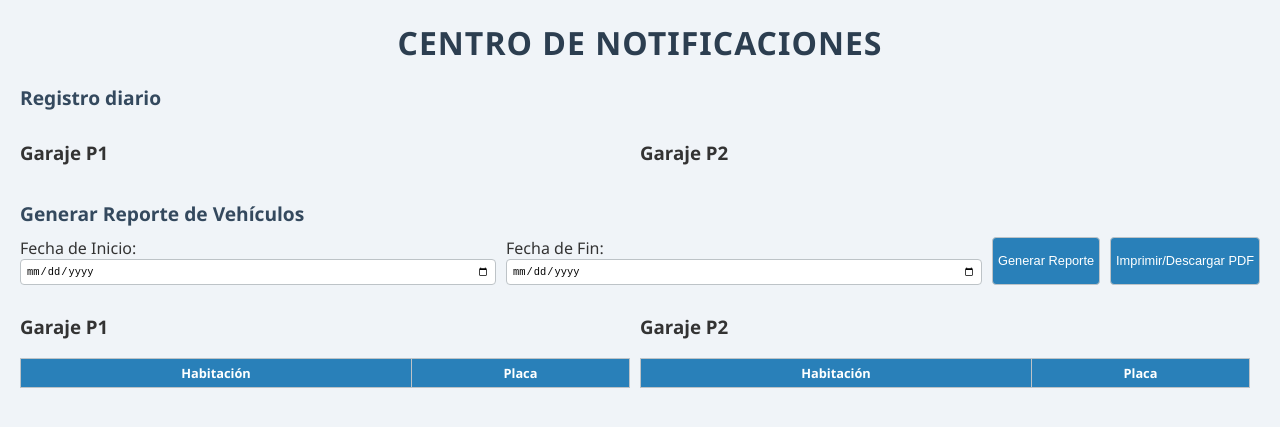
Repository: EddyWebz/REPOSITORIO-BASE-DATOS
Page: privado/report.html
An editor plug-in stored every save of this project. The page is shown before and after the next save, followed by the edit.
The browser window is 1280 px wide. The pictures show the whole page.
The page's requests for data from a server got no answer.

Above is the page before, as saved 2024-08-15 14:49:51.

### privado/report.html
<!DOCTYPE html>
<html lang="es">
<head>
    <meta charset="UTF-8">
    <meta name="viewport" content="width=device-width, initial-scale=1.0">
    <title>Notificaciones y Reportes de Vehículos</title>
    <!-- Vinculación al archivo CSS de notificaciones -->
    <link rel="stylesheet" href="/notif.css">
</head>
<body>
    <!-- Encabezado de la página -->
    <header>
        <h1>Centro de Notificaciones</h1>
    </header>

    <!-- Sección de Notificaciones Activas -->
    <section id="notificaciones">
        <h2>Registro diario</h2>
        <div class="notificaciones-garajes">
            <div class="garaje">
                <h3>Garaje P1</h3>
                <div id="notificaciones-contenedor-P1" class="notificaciones-contenedor">
                    <!-- Las notificaciones dinámicas de P1 se insertarán aquí -->
                </div>
            </div>
            <div class="garaje">
                <h3>Garaje P2</h3>
                <div id="notificaciones-contenedor-P2" class="notificaciones-contenedor">
                    <!-- Las notificaciones dinámicas de P2 se insertarán aquí -->
                </div>
            </div>
        </div>
    </section>

    <!-- Sección de Reportes -->
    <section id="reportes">
        <h2>Generar Reporte de Vehículos</h2>
        <form id="form-reporte">
            <div class="form-group">
                <label for="fecha-inicio">Fecha de Inicio:</label>
                <input type="date" id="fecha-inicio" name="fecha-inicio" required>
            </div>
            <div class="form-group">
                <label for="fecha-fin">Fecha de Fin:</label>
                <input type="date" id="fecha-fin" name="fecha-fin" required>
            </div>
            <button type="submit">Generar Reporte</button>
            <!-- Botón de Imprimir -->
            <button type="button" id="btn-imprimir">Imprimir/Descargar PDF</button>
        </form>

        <div class="reportes-garajes">
            <div class="garaje">
                <h3>Garaje P1</h3>
                <table id="tabla-reporte-P1" class="compact-table">
                    <thead>
                        <tr>
                            <th>Habitación</th>
                            <th>Placa</th>
                        </tr>
                    </thead>
                    <tbody>
                        <!-- Las filas de datos se insertarán dinámicamente aquí -->
                    </tbody>
                </table>
            </div>

            <div class="garaje">
                <h3>Garaje P2</h3>
                <table id="tabla-reporte-P2" class="compact-table">
                    <thead>
                        <tr>
                            <th>Habitación</th>
                            <th>Placa</th>
                        </tr>
                    </thead>
                    <tbody>
                        <!-- Las filas de datos se insertarán dinámicamente aquí -->
                    </tbody>
                </table>
            </div>
        </div>
    </section>

    <!-- Vinculación al archivo JavaScript de notificaciones y reportes -->
    <script src="/report.js"></script>
</body>
</html>

### BASE-2/notif.css
/* Estilos Generales */
body {
    font-family: 'Segoe UI', Tahoma, Geneva, Verdana, sans-serif;
    background-color: #f0f4f8;
    color: #333;
    margin: 20px;
    padding: 0;
    box-sizing: border-box;
}

/* Encabezado */
header h1 {
    text-align: center;
    color: #2c3e50;
    font-size: 2em;
    margin-bottom: 20px;
    text-transform: uppercase;
    letter-spacing: 1px;
    animation: fadeIn 1s ease-in-out;
}

/* Sección de Notificaciones */
#notificaciones h2 {
    color: #34495e;
    margin-bottom: 10px;
    font-size: 1.2em;
    animation: fadeIn 1s ease-in-out;
}

.notificaciones-garajes {
    display: flex;
    justify-content: space-between; /* Permite que los contenedores de garaje ocupen todo el ancho */
}

.garaje {
    flex: 1;
    margin-right: 10px;
}

.notificaciones-contenedor {
    display: flex;
    flex-direction: column;
    gap: 5px;
    animation: slideInUp 0.5s ease-in-out;
}

.notificacion {
    background-color: #ffffff;
    border-left: 3px solid #2980b9;
    padding: 5px;
    box-shadow: 0 2px 4px rgba(0, 0, 0, 0.1);
    border-radius: 4px;
    width: 100%;  /* Ocupa todo el ancho disponible */
    transition: transform 0.3s ease, box-shadow 0.3s ease;
    cursor: pointer;
}

.notificacion:hover {
    transform: translateY(-2px);
    box-shadow: 0 4px 6px rgba(0, 0, 0, 0.15);
}

/* Sección de Reportes */
#reportes h2 {
    color: #34495e;
    margin-bottom: 10px;
    font-size: 1.2em;
    animation: fadeIn 1s ease-in-out;
}

#form-reporte {
    display: flex;
    flex-wrap: wrap;
    gap: 10px;
    margin-bottom: 10px;
}

.form-group {
    display: flex;
    flex-direction: column;
    flex: 1;
    min-width: 100px;
}

#form-reporte input, #form-reporte button {
    padding: 5px;
    border-radius: 4px;
    border: 1px solid #bdc3c7;
    font-size: 0.8em;
}

#form-reporte button {
    background-color: #2980b9;
    color: #ffffff;
    cursor: pointer;
    transition: background-color 0.3s ease, transform 0.3s ease;
}

#form-reporte button:hover {
    background-color: #3498db;
    transform: translateY(-2px);
}

/* Tablas de Reportes */
.reportes-garajes {
    display: flex;
    justify-content: space-between; /* Permite que las tablas de garaje ocupen todo el ancho */
}

.garaje {
    flex: 1;
    margin-right: 10px;
}

.compact-table {
    width: 100%;
    border-collapse: collapse;
    margin-bottom: 10px;
    font-size: 0.8em;
}

.compact-table th, .compact-table td {
    border: 1px solid #bdc3c7;
    padding: 5px;
    text-align: center;
    background-color: #ecf0f1;
    color: #2c3e50;
    transition: background-color 0.3s ease;
}

.compact-table th {
    background-color: #2980b9;
    color: white;
}

.compact-table tr:nth-child(even) {
    background-color: #f7f9f9;
}

.compact-table tr:hover {
    background-color: #e1ecf4;
}

/* Animaciones */
@keyframes fadeIn {
    0% { opacity: 0; }
    100% { opacity: 1; }
}

@keyframes slideInUp {
    0% {
        transform: translateY(30px);
        opacity: 0;
    }
    100% {
        transform: translateY(0);
        opacity: 1;
    }
}

/* Estilos específicos para impresión */
@media print {
    body {
        background-color: white; /* Asegura un fondo blanco para la impresión */
        color: black; /* Asegura que el texto sea negro */
    }

    #reportes h2, #reportes h3 {
        color: black; /* Asegura que los títulos sean visibles */
    }

    #reportes table {
        width: 100%;
        border-collapse: collapse;
    }

    #reportes th, #reportes td {
        border: 1px solid #000; /* Asegura que las líneas de la tabla sean visibles */
        padding: 5px;
        text-align: center;
        background-color: white; /* Fondo blanco para asegurar visibilidad */
        color: black; /* Texto negro para asegurar visibilidad */
    }

    #reportes th {
        background-color: #ddd; /* Fondo gris para los encabezados de tabla */
        color: black; /* Asegura que el texto sea visible */
    }

    #reportes td {
        color: black; /* Asegura que el texto sea visible */
    }

    /* Ocultar elementos no necesarios en la impresión */
    button, #form-reporte {
        display: none;
    }

    /* Ajuste para impresión en una sola página */
    #reportes {
        page-break-before: always;
    }
}

### BASE-2/report.js
document.addEventListener('DOMContentLoaded', () => {
    actualizarNotificaciones();
    generarReporteAutomatico(); // Generar el reporte automáticamente al cargar la página
    configurarFormularioReporte(); // Mantener la funcionalidad manual del reporte

    // Configurar auto-actualización cada 5 minutos para notificaciones y reporte
    setInterval(actualizarNotificaciones, 5 * 60 * 1000);
    setInterval(generarReporteAutomatico, 5 * 60 * 1000);


// Función para obtener y actualizar las notificaciones activas
function actualizarNotificaciones() {
    fetch('/api/notas/notificaciones')
        .then(response => response.json())
        .then(data => {
            console.log('Notificaciones recibidas:', data); // Para depuración

            const contenedorP1 = document.getElementById('notificaciones-contenedor-P1');
            const contenedorP2 = document.getElementById('notificaciones-contenedor-P2');
            contenedorP1.innerHTML = ''; // Limpiar contenido previo
            contenedorP2.innerHTML = ''; // Limpiar contenido previo

            data.P1.forEach(notificacion => {
                const div = document.createElement('div');
                div.classList.add('notificacion');
                div.innerHTML = `<p><strong>Habitación:</strong> ${notificacion.habitacion} <strong>Placa:</strong> ${notificacion.plate}</p>`;
                contenedorP1.appendChild(div);
            });

            data.P2.forEach(notificacion => {
                const div = document.createElement('div');
                div.classList.add('notificacion');
                div.innerHTML = `<p><strong>Habitación:</strong> ${notificacion.habitacion} <strong>Placa:</strong> ${notificacion.plate}</p>`;
                contenedorP2.appendChild(div);
            });
        })
        .catch(error => console.error('Error al obtener notificaciones:', error));
}

// Función para generar y actualizar el reporte automático de vehículos en garaje
function generarReporteAutomatico() {
    fetch('/api/notas/reportes')
        .then(response => response.json())
        .then(data => {
            console.log('Datos del reporte recibidos:', data); // Para depuración

            const tbodyP1 = document.getElementById('tabla-reporte-P1').querySelector('tbody');
            const tbodyP2 = document.getElementById('tabla-reporte-P2').querySelector('tbody');
            tbodyP1.innerHTML = ''; // Limpiar contenido previo
            tbodyP2.innerHTML = ''; // Limpiar contenido previo

            data.P1.forEach(registro => {
                const tr = document.createElement('tr');
                tr.innerHTML = `<td>${registro.habitacion}</td><td>${registro.plate}</td>`;
                tbodyP1.appendChild(tr);
            });

            data.P2.forEach(registro => {
                const tr = document.createElement('tr');
                tr.innerHTML = `<td>${registro.habitacion}</td><td>${registro.plate}</td>`;
                tbodyP2.appendChild(tr);
            });
        })
        .catch(error => console.error('Error al generar el reporte:', error));
}

// Función para configurar el formulario de generación de reportes manuales
function configurarFormularioReporte() {
    const form = document.getElementById('form-reporte');
    form.addEventListener('submit', (e) => {
        e.preventDefault();

        const fechaInicio = document.getElementById('fecha-inicio').value;
        const fechaFin = document.getElementById('fecha-fin').value;

        fetch(`/api/notas/reportes?fechaInicio=${fechaInicio}&fechaFin=${fechaFin}`)
            .then(response => response.json())
            .then(data => {
                console.log('Datos del reporte recibidos:', data); // Para depuración

                const tbodyP1 = document.getElementById('tabla-reporte-P1').querySelector('tbody');
                const tbodyP2 = document.getElementById('tabla-reporte-P2').querySelector('tbody');
                tbodyP1.innerHTML = ''; // Limpiar contenido previo
                tbodyP2.innerHTML = ''; // Limpiar contenido previo

                data.P1.forEach(registro => {
                    const tr = document.createElement('tr');
                    tr.innerHTML = `<td>${registro.habitacion}</td><td>${registro.plate}</td>`;
                    tbodyP1.appendChild(tr);
                });

                data.P2.forEach(registro => {
                    const tr = document.createElement('tr');
                    tr.innerHTML = `<td>${registro.habitacion}</td><td>${registro.plate}</td>`;
                    tbodyP2.appendChild(tr);
                });
            })
            .catch(error => console.error('Error al generar el reporte:', error));
    });
}


    // Configurar botón de impresión/descarga
    document.getElementById('btn-imprimir').addEventListener('click', imprimirReporte);

// Configurar botón de impresión/descarga
document.getElementById('btn-imprimir').addEventListener('click', imprimirReporte);
    // Refrescar la página después de cerrar el cuadro de diálogo de impresión
    window.addEventListener('afterprint', function() {
        window.location.reload();
    });
// Función para imprimir o descargar el reporte como PDF
function imprimirReporte() {
    // Verificar si la página ya ha sido recargada
    if (!window.location.hash) {
        window.location = window.location + '#imprimir';
        window.location.reload();
    } else {
        // Si ya ha sido recargada, procede a imprimir solo la parte del reporte
        const printContents = document.getElementById('reportes').innerHTML;
        const originalContents = document.body.innerHTML;

        document.body.innerHTML = printContents;
        window.print();
        document.body.innerHTML = originalContents;

        // Esto es para evitar que la URL tenga el hash #imprimir
        window.history.replaceState('', document.title, window.location.pathname);
    }
}

});

After the next save:
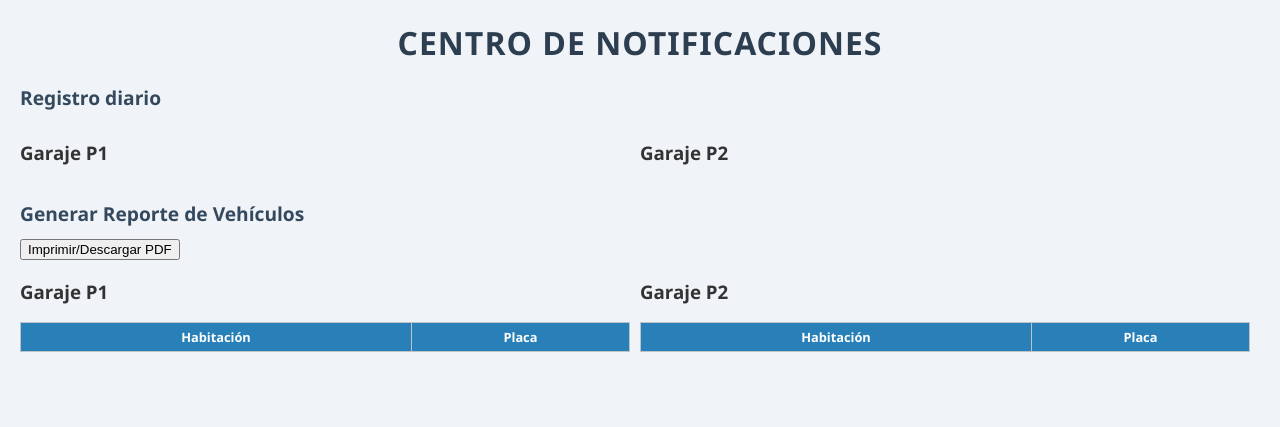
Console error: TypeError: Cannot read properties of null (reading 'addEventListener')
Saved 3 min 19 s later.
--- a/privado/report.html
+++ b/privado/report.html
@@ -35,16 +35,6 @@
     <!-- Sección de Reportes -->
     <section id="reportes">
         <h2>Generar Reporte de Vehículos</h2>
-        <form id="form-reporte">
-            <div class="form-group">
-                <label for="fecha-inicio">Fecha de Inicio:</label>
-                <input type="date" id="fecha-inicio" name="fecha-inicio" required>
-            </div>
-            <div class="form-group">
-                <label for="fecha-fin">Fecha de Fin:</label>
-                <input type="date" id="fecha-fin" name="fecha-fin" required>
-            </div>
-            <button type="submit">Generar Reporte</button>
             <!-- Botón de Imprimir -->
             <button type="button" id="btn-imprimir">Imprimir/Descargar PDF</button>
         </form>

After the save that followed:
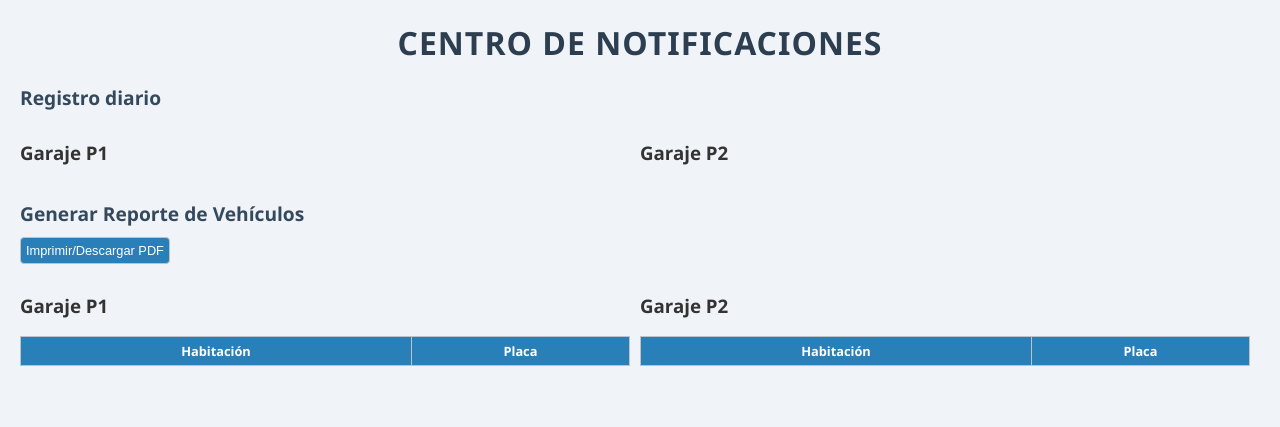
The error is gone.
Saved 15 s later.
--- a/privado/report.html
+++ b/privado/report.html
@@ -35,6 +35,7 @@
     <!-- Sección de Reportes -->
     <section id="reportes">
         <h2>Generar Reporte de Vehículos</h2>
+        <form id="form-reporte">
             <!-- Botón de Imprimir -->
             <button type="button" id="btn-imprimir">Imprimir/Descargar PDF</button>
         </form>
